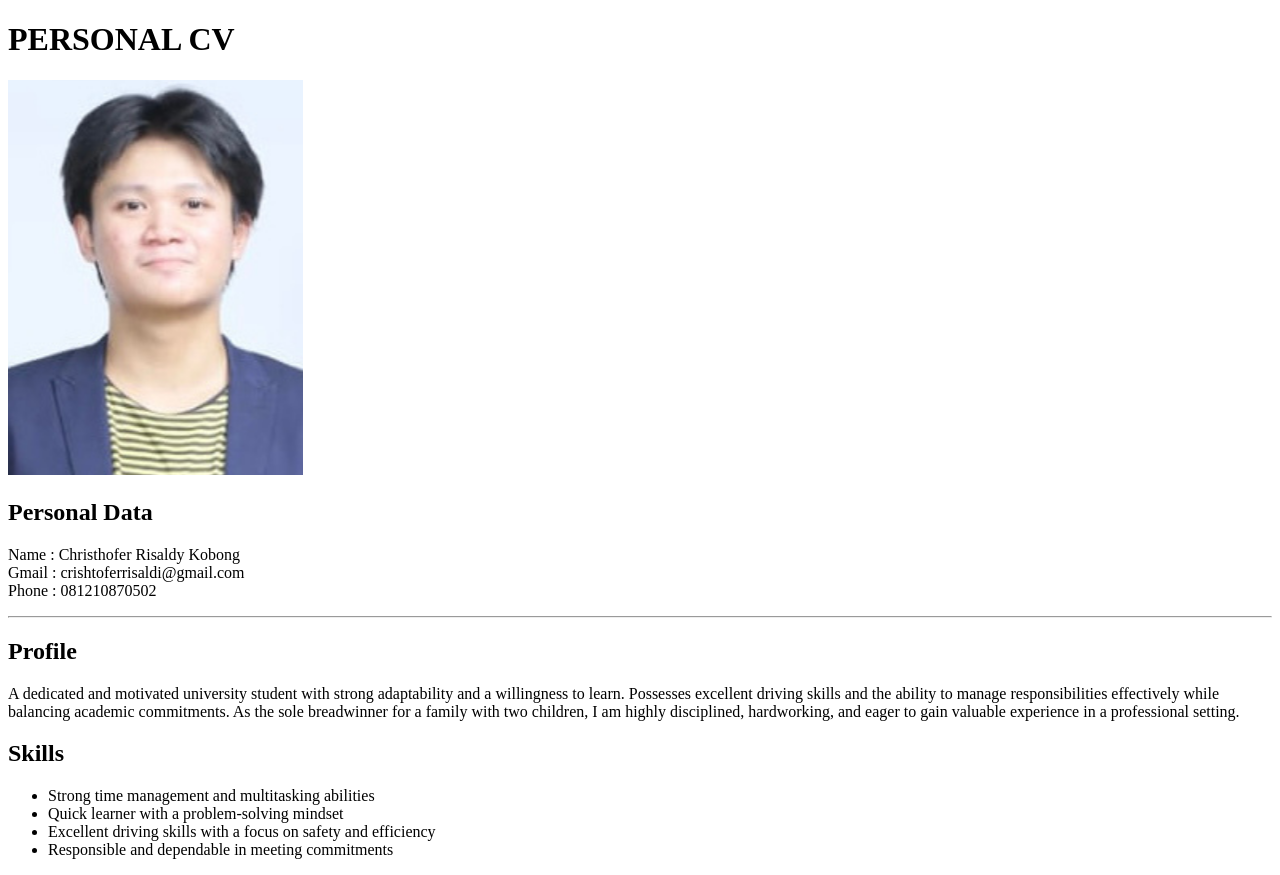
Repository: ChristhoferRisaldy/CVWeb
Page: web.html
The author's editor kept a copy of each file at every save. The page is drawn from the files as they stood at one save, then again after the next save.
The browser window is 1280 px wide. The pictures show the whole page.

Above is the page before, as saved 2025-02-21 21:27:55.

After the next save:
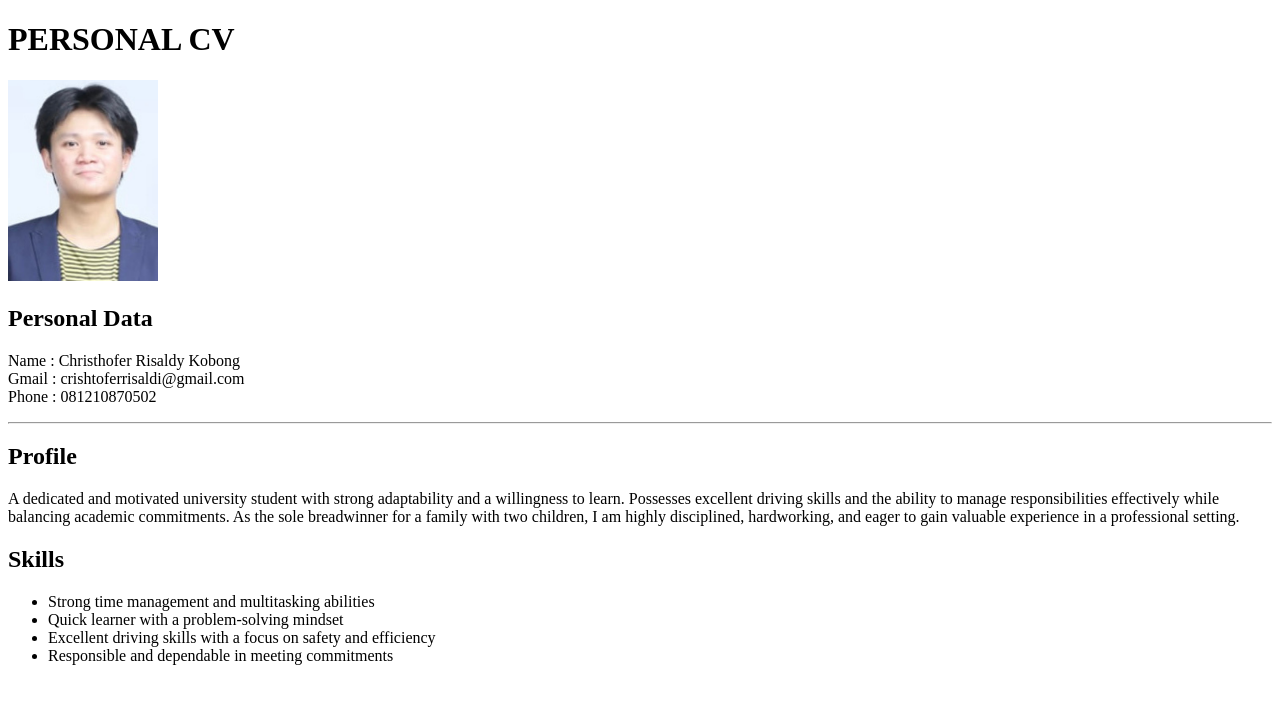
Saved 3 days later.
--- a/web.html
+++ b/web.html
@@ -5,7 +5,8 @@
     </head>
     <body>
         <h1>PERSONAL CV</h1>
-        <img src="1.png">
+        <img src="1.png"
+        width="150">
 
         <h2><b>Personal Data</b></h3>
         <p>
